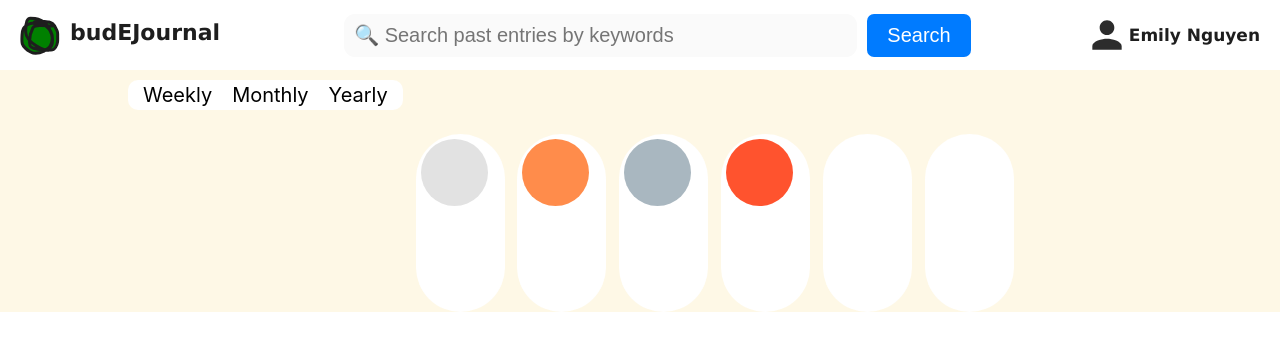
Repository: BaileyLuu/budejournal
Page: /
These files come from the project's save history. The page is drawn as it stood at one moment and after the next save; the edit follows.
The browser window is 1280 px wide. The pictures show the whole page.
The project was rebuilt for these pictures with package versions that can differ from the ones it lists, and the page was loaded fresh each time. Also part of the build but not shown: src/pages/Home.js.

Above is the page before, as saved 2023-09-16 21:32:23.

### src/components/Navbar.js
import React, {useState} from 'react';
import './navbar.css'
const Navbar = () => {
  // need to add some userState here when user search past entries by keywords
  // and the onClick handler when user click search button
  const [searchKeywords, setSearchKeywords] = useState('')
  const handleSearchKeywords = (e) => {
    setSearchKeywords(e.target.value)
  }
  const handleSearch = ()=> {
    alert(searchKeywords)
  }

  return (
    <nav className="navbar">
      <div className="navbar-logo">
        <svg xmlns="http://www.w3.org/2000/svg" width="40" height="39" viewBox="0 0 40 39" fill="green">
          <path d="M32.2572 9.93512C28.647 9.93512 25.0058 9.50361 21.3736 9.50361C18.5545 9.50361 14.3076 8.99662 12.7914 11.9728C10.7255 16.028 9.63294 20.0533 9.60307 24.6543C9.58979 26.6986 9.16434 29.4896 10.9455 30.9591C12.8024 32.491 15.5242 33.0241 17.8496 33.3563C21.8908 33.9336 27.5229 33.9755 30.651 30.9591C32.909 28.7818 32.4921 25.5923 32.4729 22.7365C32.4414 18.0469 30.7636 14.0345 27.0791 11.0139C25.3639 9.6077 22.9308 8.02586 20.7383 7.48991C19.3171 7.14251 17.7043 7.32435 16.2435 7.17827C13.1567 6.86959 9.99712 7.02607 7.39759 8.85635C5.9706 9.86107 4.26017 10.8263 3.46608 12.4522C2.53474 14.3593 2.07932 16.8255 2.0517 18.9248C2.01512 21.7048 1.56037 25.0772 2.30341 27.7707C2.7832 29.51 4.30852 31.1782 5.5517 32.4214C6.79537 33.6651 8.12802 34.714 9.71094 35.4899C10.7344 35.9916 11.8281 36.9422 12.9832 37.0721C16.6211 37.4814 20.0419 37.1757 23.2674 35.442C25.926 34.013 28.6848 32.7071 30.2674 29.9522C31.8907 27.1265 32.4454 24.3578 32.2092 21.1303C32.081 19.378 31.5637 17.8693 30.8548 16.2879C29.9798 14.3361 29.4302 12.2643 28.2418 10.4625C25.9351 6.9654 22.0563 4.48141 18.1733 3.05499C15.9148 2.22533 12.8432 2.168 10.4421 2.168C8.0435 2.168 7.60785 3.09333 6.89416 5.10464C5.62747 8.67441 5.54884 12.7713 5.73149 16.5156C6.0155 22.3377 12.1813 27.2627 16.615 30.12C19.0655 31.6992 21.6402 33.0634 24.49 33.7759C26.582 34.2988 28.8294 34.0995 30.9746 34.0995C35.0359 34.0995 37.0507 29.2464 37.5311 26.0207C37.82 24.081 37.651 22.0303 37.651 20.0755C37.651 18.4952 37.8672 16.6603 37.1955 15.1731C35.9731 12.4664 35.1016 9.71032 32.7007 7.78957C31.6795 6.97263 30.1408 6.42936 28.913 6.05156C27.3869 5.58201 25.9172 5.79644 24.3822 5.51218C21.8709 5.04713 18.9458 4.96218 16.4233 5.30841C15.0453 5.49754 14.029 6.20885 13.2709 7.34608" stroke="#1E1E1E" stroke-width="3" stroke-linecap="round" />
        </svg>
        <span className="logo-name">budEJournal</span>
      </div>
      <div className="navbar-search">
        <input type="text" placeholder="🔍 Search past entries by keywords" value={searchKeywords} onChange={handleSearchKeywords} />
        <button onClick={handleSearch}>Search</button>
      </div>
      <div className="navbar-user">
        <svg xmlns="http://www.w3.org/2000/svg" width="44" height="44" viewBox="0 0 44 44" fill="none">
          <path d="M22 22C26.0517 22 29.3333 18.7183 29.3333 14.6667C29.3333 10.615 26.0517 7.33334 22 7.33334C17.9483 7.33334 14.6667 10.615 14.6667 14.6667C14.6667 18.7183 17.9483 22 22 22ZM22 25.6667C17.105 25.6667 7.33334 28.1233 7.33334 33V36.6667H36.6667V33C36.6667 28.1233 26.895 25.6667 22 25.6667Z" fill="#2C2C2C" />
        </svg>
        <span className="username-fontstyle">Emily Nguyen</span>
      </div>
    </nav>
  );
};

export default Navbar;

### src/components/Emoji.js
import React, { useState } from 'react';
import './emoji.css'

export default function Emoji() {
    return (
        <>
            <div className="emojiBG">
                <div className="emoji-period">
                    <div className="period">Weekly</div>
                    <div className="period">Monthly</div>
                    <div className='period'>Yearly</div>
                    {/* <button className="period-btn">Weekly</button>
                    <button className="period-btn">Monthly</button>
                    <button className="period-btn">Yearly</button> */}
                </div>
                <div className="emoji-mood">
                    <svg xmlns="http://www.w3.org/2000/svg" width="67" height="67" viewBox="0 0 67 67" fill="none">
                        <circle cx="33.5" cy="33.5" r="33.5" fill="#E2E2E2" />
                    </svg>
                </div>
                <div className="emoji-mood">
                    <svg xmlns="http://www.w3.org/2000/svg" width="67" height="67" viewBox="0 0 67 67" fill="none">
                        <circle cx="33.5" cy="33.5" r="33.5" fill="#FF8C4B" />
                    </svg>
                </div>
                <div className="emoji-mood">
                    <svg xmlns="http://www.w3.org/2000/svg" width="67" height="67" viewBox="0 0 67 67" fill="none">
                        <circle cx="33.5" cy="33.5" r="33.5" fill="#A9B7C0" />
                    </svg>
                </div>
                <div className="emoji-mood">
                <svg xmlns="http://www.w3.org/2000/svg" width="67" height="67" viewBox="0 0 67 67" fill="none">
  <circle cx="33.5" cy="33.5" r="33.5" fill="#FF532E"/>
</svg>
                </div>
                <div className="emoji-mood">

                </div>
                <div className="emoji-mood">

                </div>

                {/* <div className="mood-weekly">
                    <div className="mood">
                        <svg xmlns="http://www.w3.org/2000/svg" width="67" height="67" viewBox="0 0 67 67" fill="none">
                            <circle cx="33.5" cy="33.5" r="33.5" fill="#E2E2E2" />

                        </svg>

                    </div>
                </div> */}

            </div>

        </>

    );
}

### src/components/navbar.css
.navbar {
    display: flex;
    justify-content: space-between;
    align-items: center;
    background-color: #fff;
    color: #fff;
    padding: 10px 20px;
}

.navbar-logo {
    display: flex;
    margin-right: 10px;

}

.navbar-logo img {
    height: 50px;
}

.logo-name {
    color: #1E1E1E;
    font-family: Verdana;
    font-size: 22px;
    font-style: normal;
    font-weight: 700;
    line-height: 150%;
    margin-left:10px;
    align-items: center;
    /* 33px */
}

.navbar-search {
    display: flex;
    height: 50px;
    /* justify-content: center; */
    text-align: center;
    align-items: center;
    flex-grow: 0.5;
}

.navbar-search input[type="text"] {
    flex-grow: 1;
    width: 100%;
    padding: 10px;
    border: none;
    border-radius: 11px;
    background-color: #FAFAFA;
    font-size: 20px;
}

.navbar-search button {
    background-color: #007bff;
    color: #fff;
    border: none;
    border-radius: 7px;
    padding: 10px 20px;
    margin-left: 10px;
    cursor: pointer;
    font-size: 20px;
}

.navbar-user {
    display: flex;
    align-items: center;
}

.username-fontstyle {
    color: var(--black, #1E1E1E);
    font-family: Verdana;
    font-size: 17px;
    font-style: normal;
    font-weight: 700;
    line-height: 100%;
    /* 25.5px */
}

### src/components/emoji.css
.emojiBG{
    display:flex;
    background-color: #FEF8E6;
    width:100%;

}
.emoji-period{
    display:flex;
    margin-left:10%;
    margin-top:10px;
    flex-shrink: 0;
    border-radius:10px;
    padding:5px;
    height:20px;
    background-color: #ffffff;
    line-height: 0;
}
.period{
    display:inline-flex;
    height:auto;
    font-size:20px;
    padding:10px;
    border-radius: 10px;
    border-color:#ffffff;
    background-color:#ffffff;
    flex: 1;
    font-weight: 400;
    /* font-size:20px; */
    /* color: #3F3F3F;
    font-family: Inter;
    font-size: 16px;
    font-style: normal; */
    /* font-weight: 400; */
    /* line-height: normal; */
    padding:10px;
}
/* .mood-weekly{
    display:flex;
} */
/* .mood{
    width: 79px;
    height: 168px;
    flex-shrink: 0;
} */
.emoji-mood{
    display:flex;
    /* margin-left:10%; */
    margin-left:1%;
    margin-top:5%;
    /* flex-shrink: 0; */
    background-color: #ffffff;
    border-radius:100px;
    padding:5px;
    width: 79px;
    height: 168px;
}

Loaded but not shown: public/index.html (common file); src/index.js (common file); src/index.css (common file); src/App.js (common file); src/App.css (common file)

After the next save:
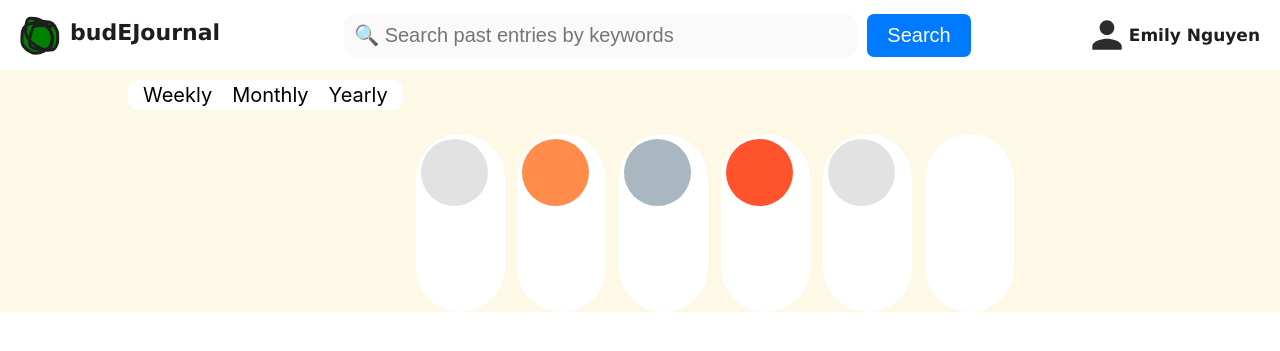
Saved 16 s later.
--- a/src/components/Emoji.js
+++ b/src/components/Emoji.js
@@ -34,7 +34,9 @@
 </svg>
                 </div>
                 <div className="emoji-mood">
-
+                <svg xmlns="http://www.w3.org/2000/svg" width="67" height="67" viewBox="0 0 67 67" fill="none">
+  <circle cx="33.5" cy="33.5" r="33.5" fill="#E2E2E2"/>
+</svg>
                 </div>
                 <div className="emoji-mood">
 
